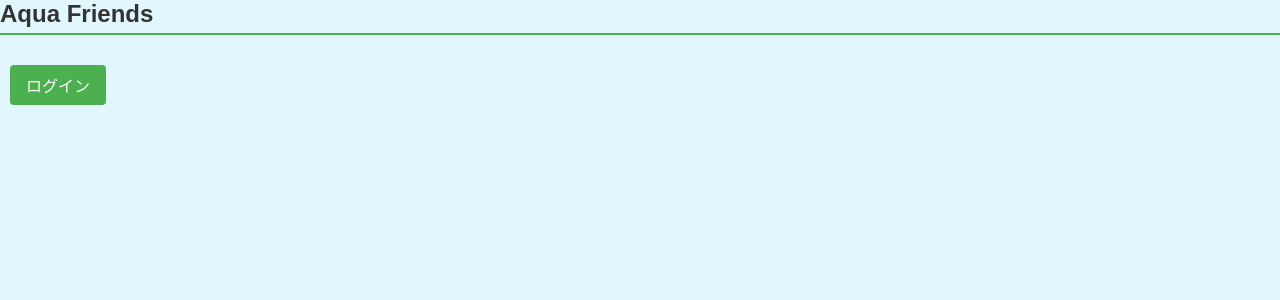
Repository: umeshu0233/ec-project
Page: http://localhost/MyECProject/
An editor plug-in stored every save of this project. The page is shown before and after the next save, followed by the edit.
The browser window is 1280 px wide. The pictures show the whole page.
The page is served by Tomcat 10. Other server files are loaded and not shown.

Above is the page before, as saved 2025-11-19 06:08:38.

### MyECProject/src/main/webapp/index.jsp
<%@ page contentType="text/html;charset=UTF-8"%>
<html>
<head>
<title>Aqua Friends</title>
<link rel="stylesheet" type="text/css" href="css/style.css">
</head>
<body>
	<h2>Aqua Friends
	</h2>
	<a href="login.jsp">ログイン</a>
</body>
</html>

### MyECProject/src/main/webapp/css/style.css
body {
    font-family: "Hiragino Kaku Gothic ProN", Meiryo, sans-serif;
    background-color: #E1F6FD;
    margin: 0;
    padding: 0;
}

h2 {
    color: #333;
    border-bottom: 2px solid #4CAF50;
    padding-bottom: 5px;
}

table {
    border-collapse: collapse;
    width: 80%;
    margin: 20px auto;
    background: #fff;
}

table th, table td {
    border: 1px solid #ccc;
    padding: 10px;
    text-align: center;
}

table th {
    background-color: #4CAF50;
    color: white;
}

a, input[type="submit"] {
    display: inline-block;
    margin: 10px;
    padding: 8px 16px;
    background-color: #4CAF50;
    color: white;
    text-decoration: none;
    border-radius: 4px;
    border: none;
    cursor: pointer;
}

a:hover, input[type="submit"]:hover {
    background-color: #45a049;
}
body.login-page {
    background: linear-gradient(135deg, #74ABE2, #5563DE);
    font-family: 'Segoe UI', sans-serif;
    display: flex;
    justify-content: center;
    align-items: center;
    height: 100vh;
    margin: 0;
}

.login-container {
    background: #fff;
    padding: 2rem 3rem;
    border-radius: 10px;
    box-shadow: 0 8px 20px rgba(0,0,0,0.2);
    width: 350px;
    text-align: center;
}

.login-container h2 {
    margin-bottom: 1.5rem;
    color: #333;
}

.form-group {
    margin-bottom: 1rem;
    text-align: left;
}

.form-group label {
    display: block;
    margin-bottom: 0.3rem;
    font-weight: bold;
    color: #444;
}

.form-group input {
    width: 100%;
    padding: 0.6rem;
    border: 1px solid #ccc;
    border-radius: 5px;
}

.btn {
    width: 100%;
    padding: 0.8rem;
    background: #5563DE;
    color: #fff;
    border: none;
    border-radius: 10px;
    font-size: 1rem;
    cursor: pointer;
    transition: background 0.3s;
}

.btn:hover {
    background: #3b49b3;
}

/* 商品一覧css*/
.product-grid {
  display: grid;
  grid-template-columns: repeat(auto-fill, minmax(220px, 1fr));
  gap: 20px;
  padding: 20px;
}







.product-card {
  background: #fff;
  border-radius: 50px;
  box-shadow: 0 4px 12px rgba(0,0,0,0.1);
  padding: 15px;
  text-align: center;
  transition: transform 0.2s ease;
}

.product-card:hover {
  transform: translateY(-5px);
}

.product-card img {
  max-width: 100%;
  border-radius: 5px;
}

.price {
  color: #e91e63;
  font-weight: bold;
  margin: 10px 0;
}

.add-to-cart {
  background-color: #2196f3;
  color: white;
  border: none;
  padding: 8px 12px;
  border-radius: 4px;
  cursor: pointer;
}

.add-to-cart:hover {
  background-color: #1976d2;
}

After the next save:
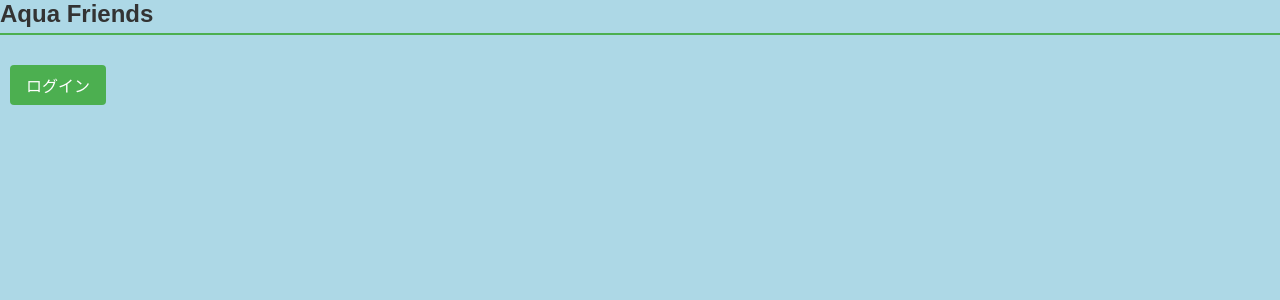
Saved 17 s later.
--- a/MyECProject/src/main/webapp/css/style.css
+++ b/MyECProject/src/main/webapp/css/style.css
@@ -1,6 +1,6 @@
 body {
     font-family: "Hiragino Kaku Gothic ProN", Meiryo, sans-serif;
-    background-color: #E1F6FD;
+    background-color:#add8e6;
     margin: 0;
     padding: 0;
 }
@@ -45,7 +45,7 @@ a:hover, input[type="submit"]:hover {
     background-color: #45a049;
 }
 body.login-page {
-    background: linear-gradient(135deg, #74ABE2, #5563DE);
+    background: linear-gradient(135deg, #74ABE2,#add8e6);
     font-family: 'Segoe UI', sans-serif;
     display: flex;
     justify-content: center;
@@ -57,7 +57,7 @@ body.login-page {
 .login-container {
     background: #fff;
     padding: 2rem 3rem;
-    border-radius: 10px;
+    border-radius: 60px;
     box-shadow: 0 8px 20px rgba(0,0,0,0.2);
     width: 350px;
     text-align: center;
@@ -90,7 +90,7 @@ body.login-page {
 .btn {
     width: 100%;
     padding: 0.8rem;
-    background: #5563DE;
+    background:#4169e1;
     color: #fff;
     border: none;
     border-radius: 10px;
@@ -119,7 +119,7 @@ body.login-page {
 
 .product-card {
   background: #fff;
-  border-radius: 50px;
+  border-radius:0px;
   box-shadow: 0 4px 12px rgba(0,0,0,0.1);
   padding: 15px;
   text-align: center;
@@ -132,7 +132,7 @@ body.login-page {
 
 .product-card img {
   max-width: 100%;
-  border-radius: 5px;
+  border-radius: 50px;
 }
 
 .price {
@@ -142,7 +142,7 @@ body.login-page {
 }
 
 .add-to-cart {
-  background-color: #2196f3;
+  background-color:#808080;
   color: white;
   border: none;
   padding: 8px 12px;
